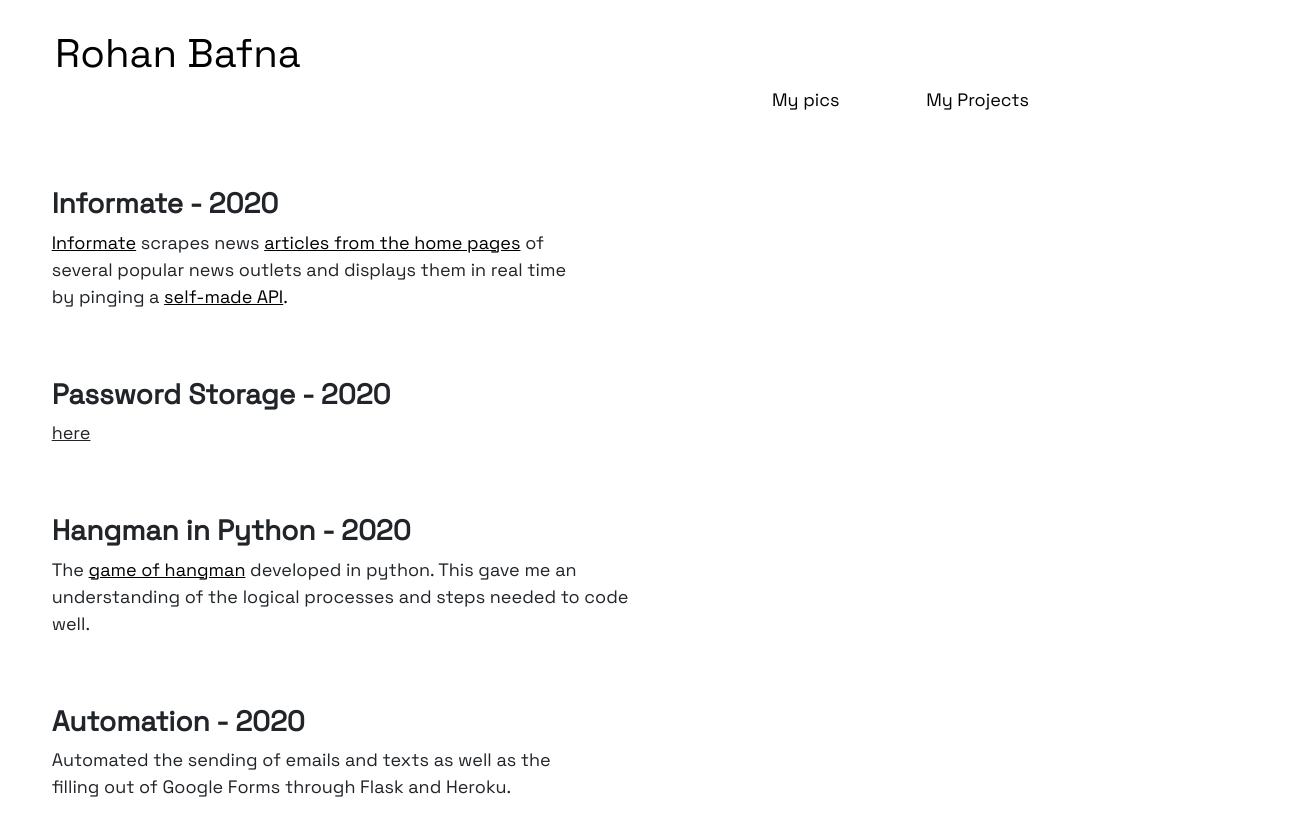
Repository: rbafna6507/rbafna6507.github.io
Page: actualprojects.html
These files come from the project's save history. The page is drawn as it stood at one moment and after the next save; the edit follows.
The browser window is 1280 px wide. The page is 1310 px wide, so the pictures cover 1310 px, including what lies to the right of the window. The pictures show the whole page.

Above is the page before, as saved 2020-12-20 20:52:09.

After the next save:
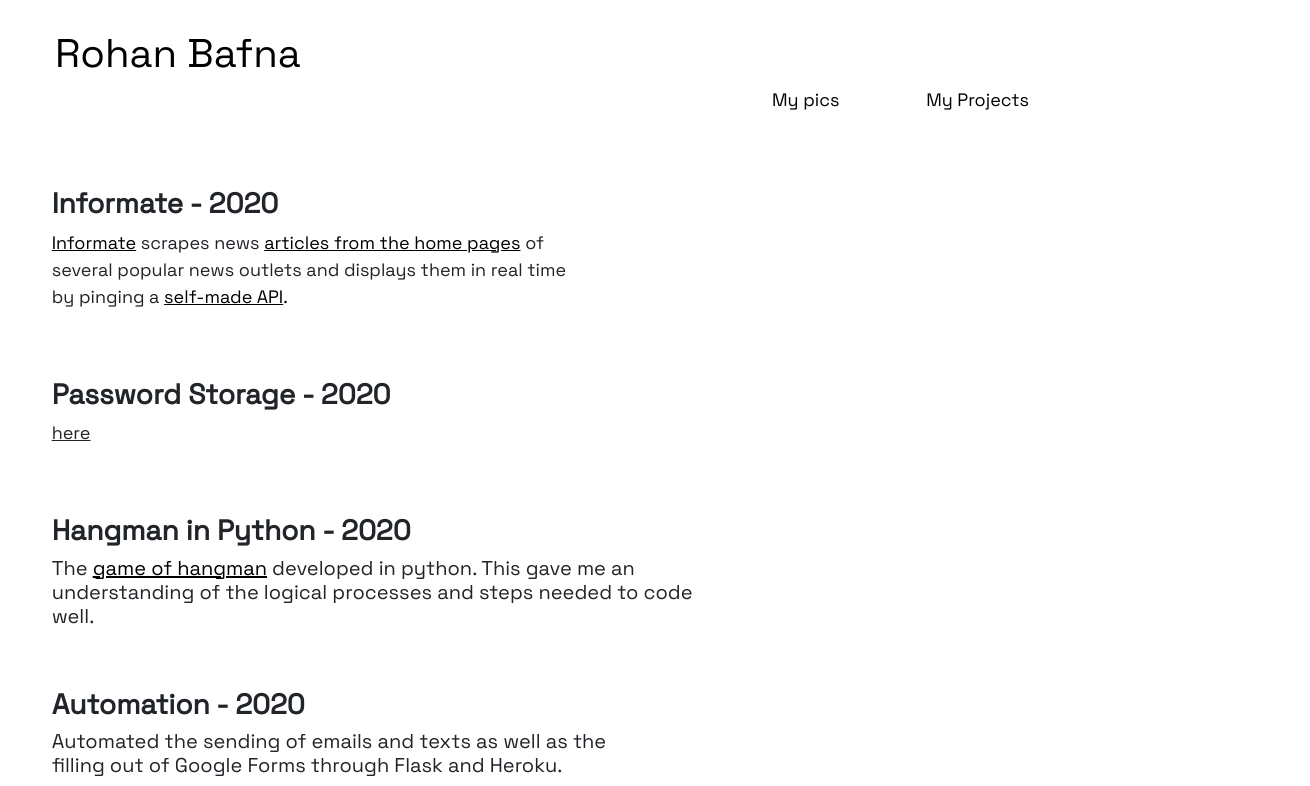
Saved 36 s later.
--- a/actualprojects.html
+++ b/actualprojects.html
@@ -39,12 +39,12 @@
             <br><br><br>
             <div id = "hangman" class = "small" onmouseover="document.getElementById('hangman_img').style.visibility = 'visible';" onmouseout = "document.getElementById('hangman_img').style.visibility = 'hidden';">
                 <h3><strong>Hangman in Python - 2020</strong></h3>
-                <p style="font-size: 18px;">The <a href = "https://github.com/rbafna6507/hangmanpython"><u>game of hangman</u></a> developed in python. This gave me an <br>understanding of the logical processes and steps needed to code <br>well.</p>
+                <h5>The <a href = "https://github.com/rbafna6507/hangmanpython"><u>game of hangman</u></a> developed in python. This gave me an <br>understanding of the logical processes and steps needed to code <br>well.</h5>
             </div>
             <br><br><br>
             <div id = "automation" class = "small">
                 <h3><strong>Automation - 2020</strong></h3>
-                <p style="font-size: 18px;">Automated the sending of emails and texts as well as the <br>filling out of Google Forms through Flask and Heroku.</p>
+                <h5>Automated the sending of emails and texts as well as the <br>filling out of Google Forms through Flask and Heroku.</h5>
             </div>
         </div>
         <div class="col-4">
